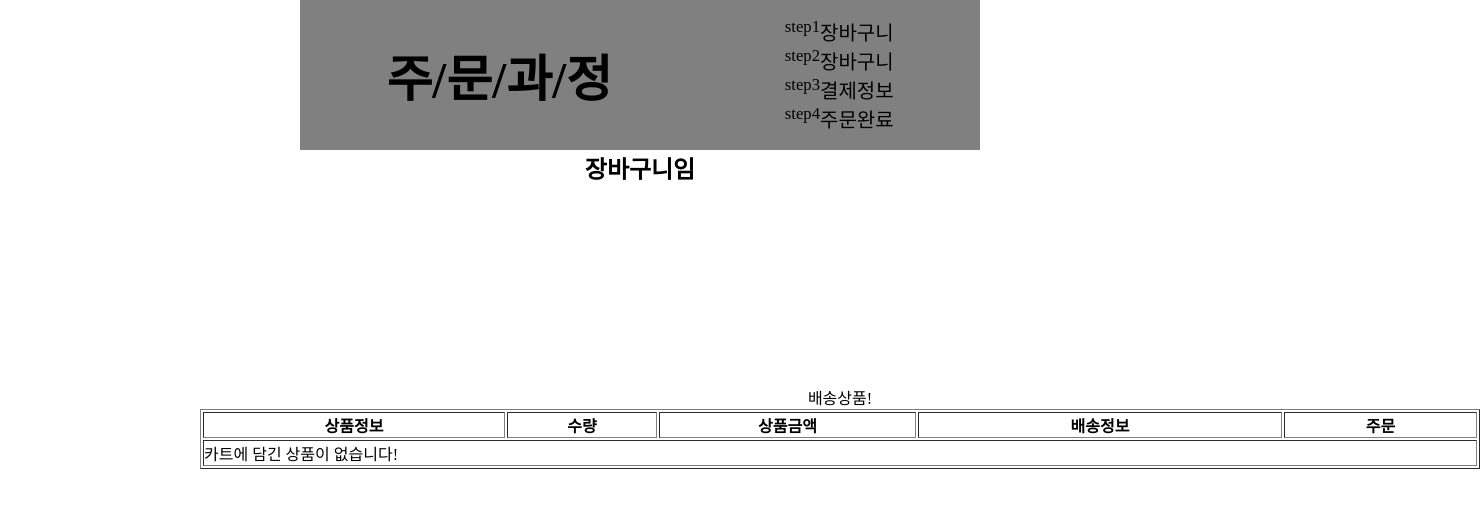
Repository: kym-1000/book
Page: http://localhost/book/WEB-INF/views/cart/cart1.jsp
These files come from the project's save history. The page is drawn as it stood at one moment and after the next save; the edit follows.
The browser window is 1280 px wide. The page is 1480 px wide, so the pictures cover 1480 px, including what lies to the right of the window. The pictures show the whole page.
The page is served by Tomcat 9. Nobody is signed in. The template is opened directly, without the code that normally fills it, so the values that code supplies are empty.

Above is the page before, as saved 2023-01-02 08:45:10.

After the next save:
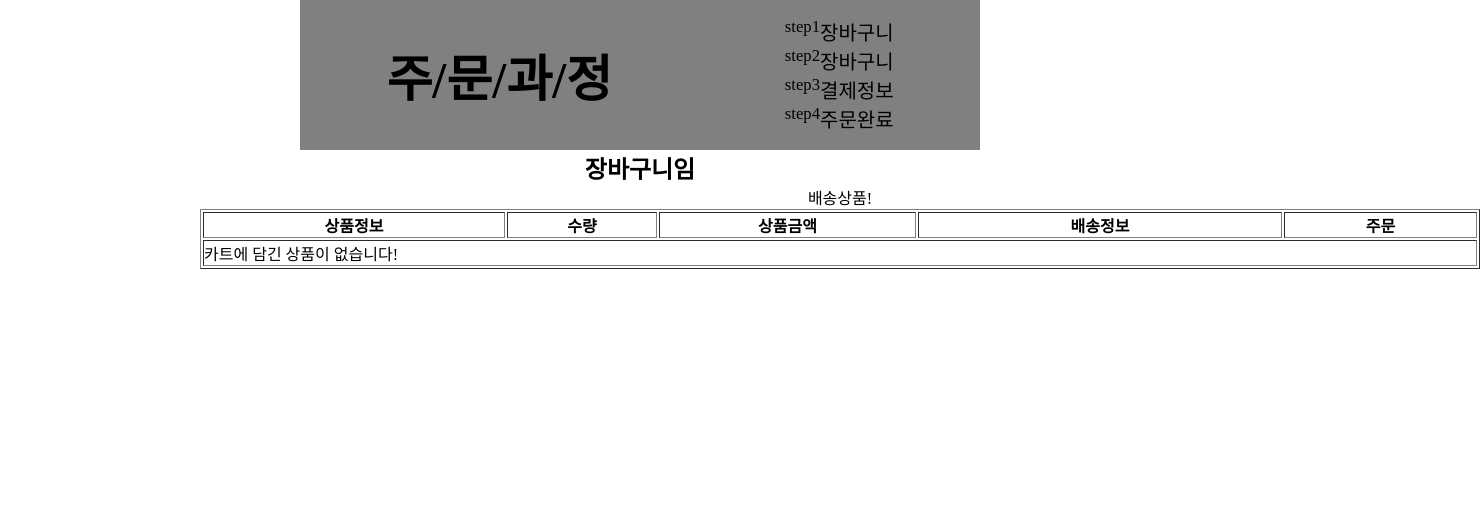
Saved 4 s later.
--- a/book/book/src/main/webapp/WEB-INF/views/cart/cart1.jsp
+++ b/book/book/src/main/webapp/WEB-INF/views/cart/cart1.jsp
@@ -13,7 +13,7 @@
 		}
 
 		#table{
-			margin: 200px
+			margin-left: 200px
 		}
 
 	</style>
